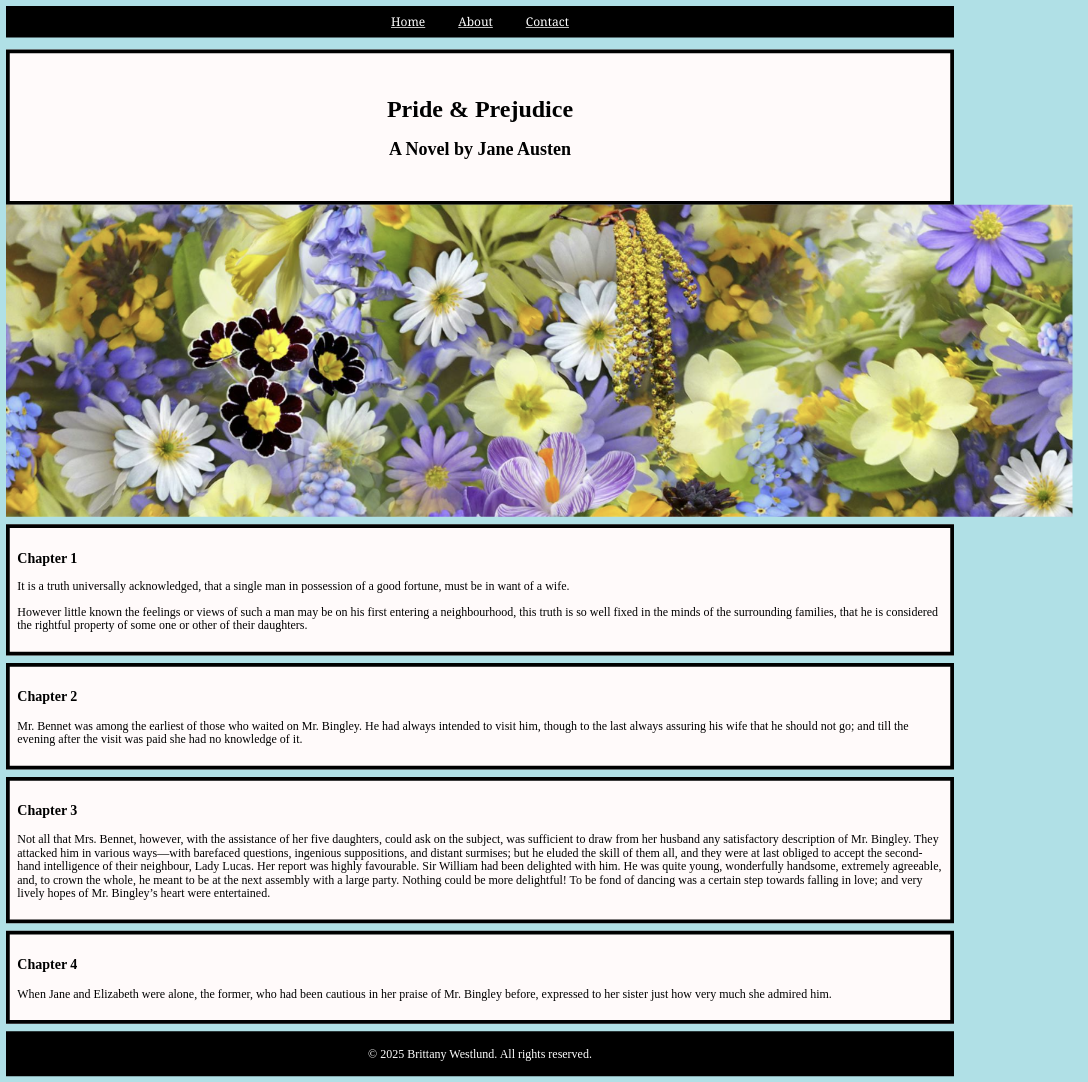
Repository: Brittany-Westlund/WebDesign
Page: Assignment2/index.html
An editor plug-in stored every save of this project. The page is shown before and after the next save, followed by the edit.
The browser window is 1280 px wide. The page is 1430 px wide, then 1450 px, so the pictures cover 1450 px, including what lies to the right of the window. The pictures show the whole page, at 75% of full size.

Above is the page before, as saved 2025-05-27 01:53:57.

After the next save:
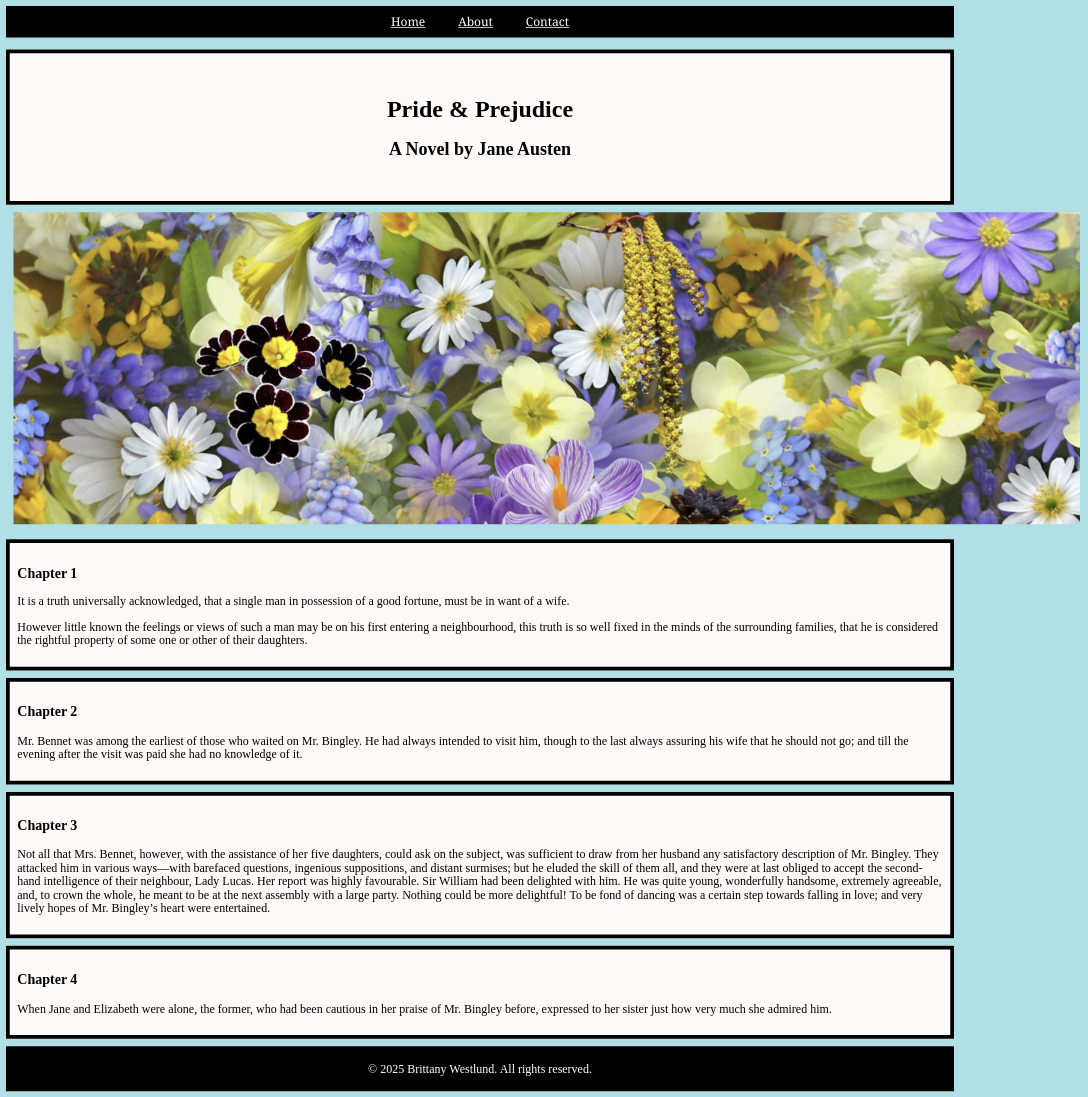
Saved 8 s later.
--- a/Assignment2/style/style.css
+++ b/Assignment2/style/style.css
@@ -54,5 +54,5 @@ footer {
 }
 
 img {
-    margin 10px;
+    margin: 10px;
 }
